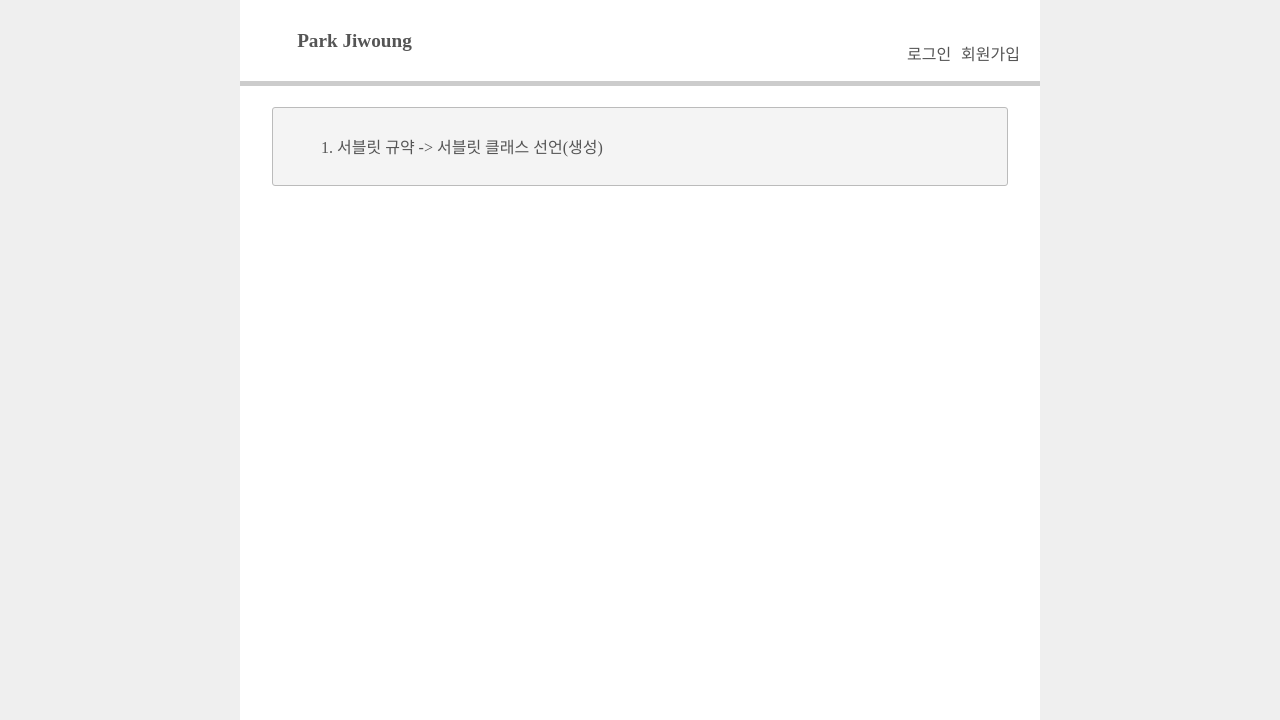
Repository: park-jiwoong/webClass
Page: http://localhost/jspPro/days02/ex03.jsp
These files come from the project's save history. The page is drawn as it stood at one moment and after the next save; the edit follows.
The browser window is 1280 px wide. The pictures show the whole page.
Some web fonts or font styles are not loaded; a fallback is used. The page is served by Tomcat 9.

Above is the page before, as saved 2025-05-22 06:26:11.

After the next save:
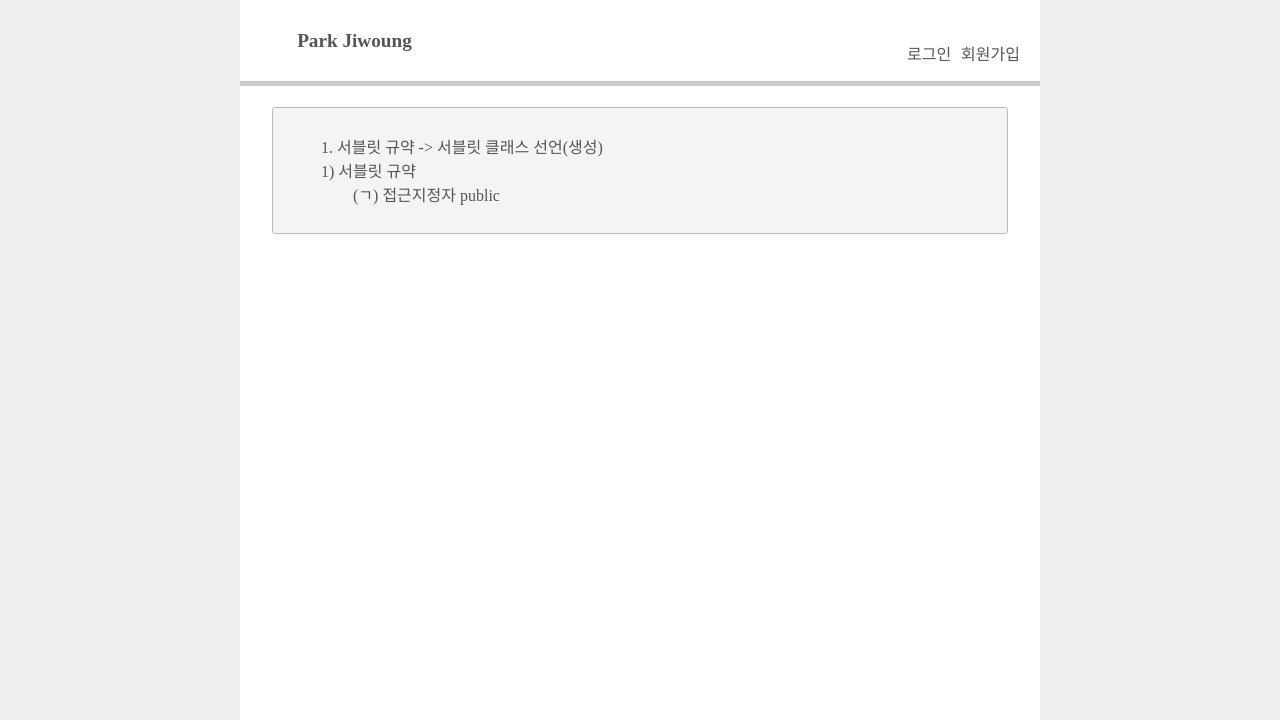
Saved 15 s later.
--- a/webPro/src/main/webapp/JSPClass/jspPro/src/main/webapp/days02/ex03.jsp
+++ b/webPro/src/main/webapp/JSPClass/jspPro/src/main/webapp/days02/ex03.jsp
@@ -26,6 +26,8 @@
 <div>
     <xmp class="code">
     	1. 서블릿 규약 -> 서블릿 클래스 선언(생성)
+    	1) 서블릿 규약
+    		(ㄱ) 접근지정자 public
     </xmp>
 </div>
 </body>
